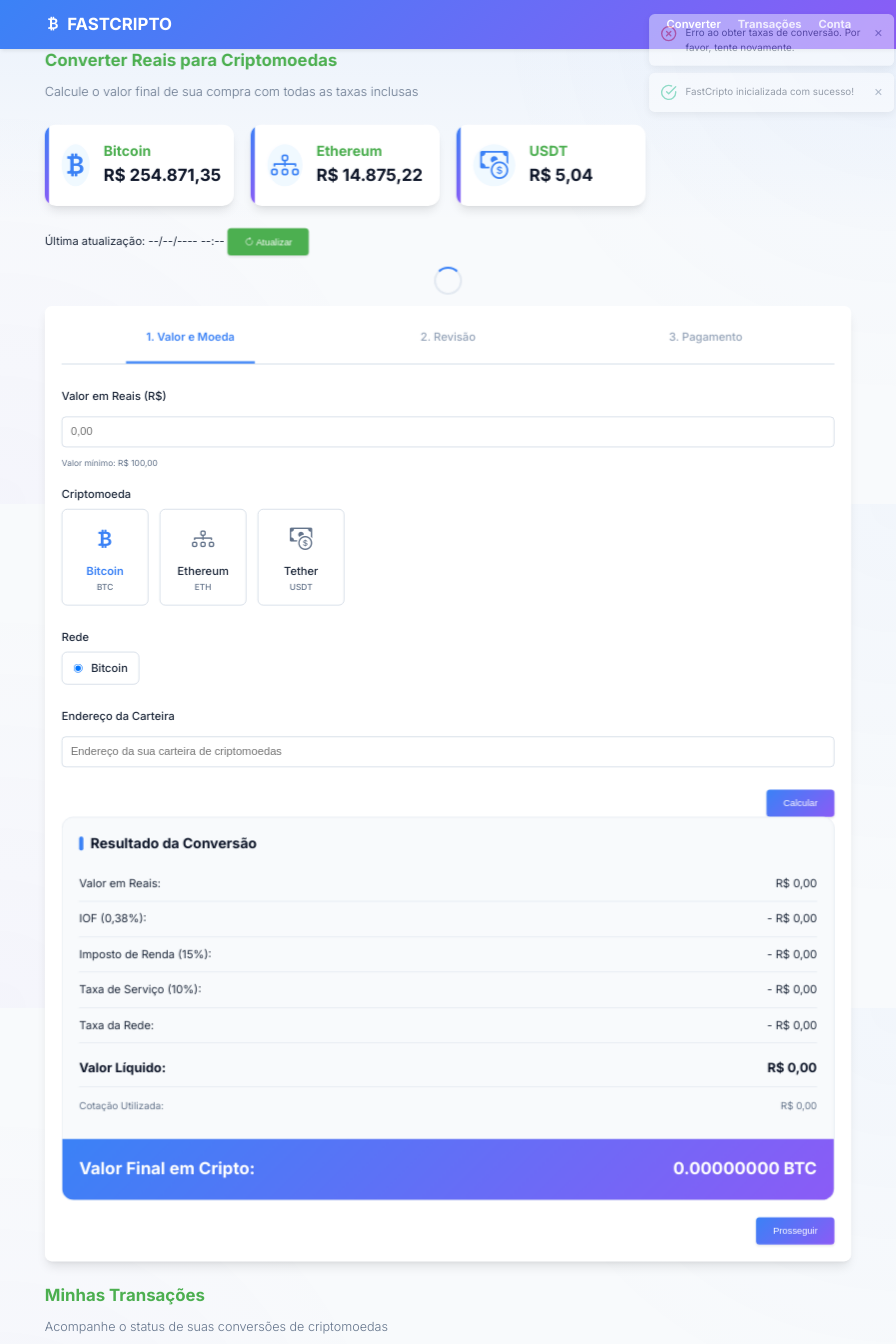
Repository: victorvilanova/crypto-convert-system
Page: index.html
The author's editor kept a copy of each file at every save. The page is drawn from the files as they stood at one save, then again after the next save.
The browser window is 1280 px wide. The pictures show the part of the page from y = 0 to 1920 px (the page is 3977 px tall), at 70% of full size.
The page's requests for data from a server got no answer. Backgrounds fixed to the window are drawn as part of the page.

Above is the page before, as saved 2025-04-10 17:43:33.

After the next save:
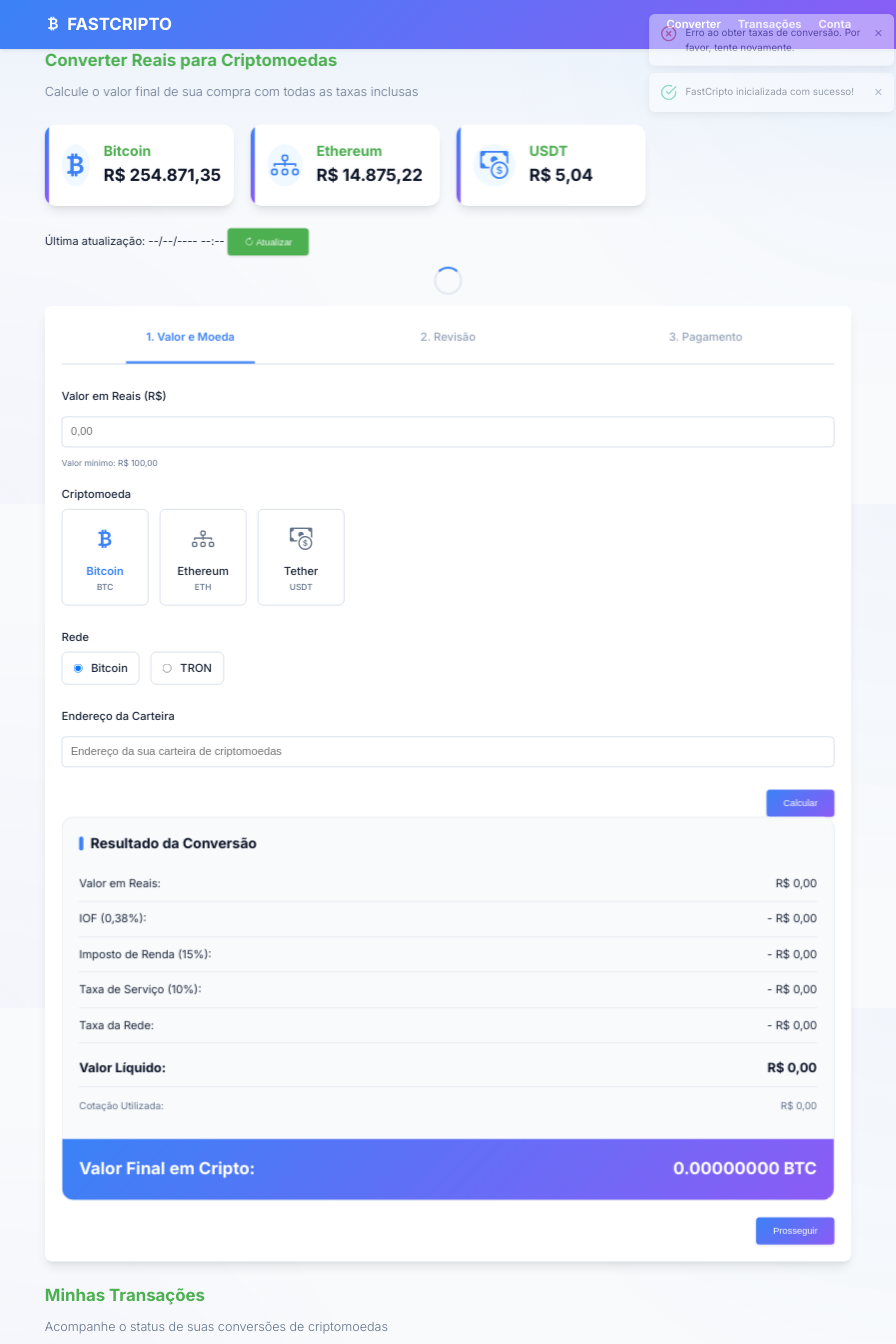
Saved 19 s later.
--- a/index.html
+++ b/index.html
@@ -208,6 +208,16 @@
                     />
                     <span>BSC</span>
                   </label>
+
+                  <label class="network-option">
+                    <input
+                      type="radio"
+                      name="network"
+                      value="TRON"
+                      class="network-tron"
+                    />
+                    <span>TRON</span>
+                  </label>
                 </div>
               </div>
 
